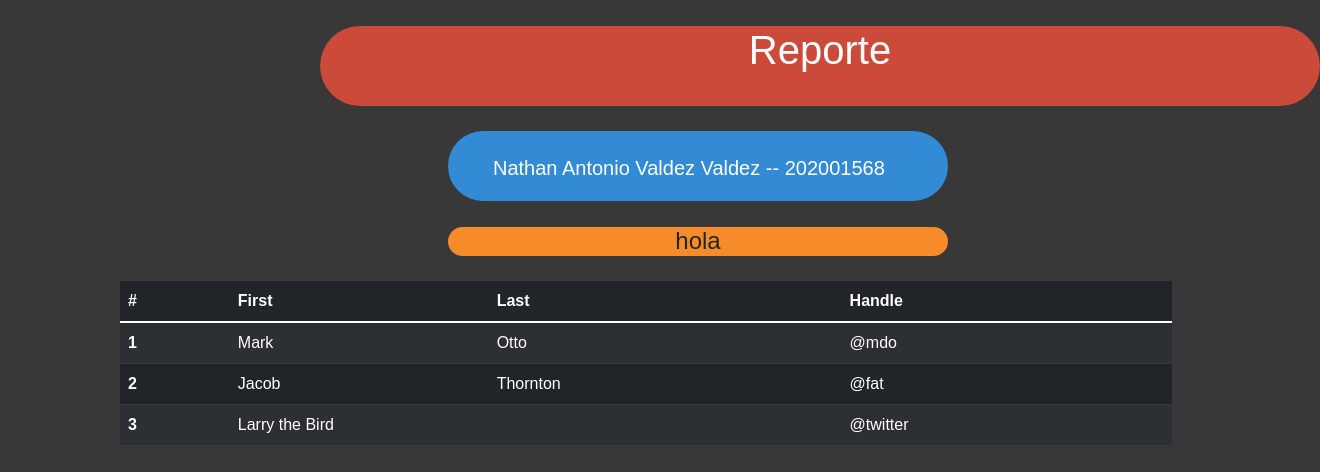
Repository: nathanvdev/LFP_PR_202001568
Page: plantilla.html
The author's editor kept a copy of each file at every save. The page is drawn from the files as they stood at one save, then again after the next save.
The browser window is 1280 px wide. The page is 1320 px wide, so the pictures cover 1320 px, including what lies to the right of the window. The pictures show the whole page.

Above is the page before, as saved 2022-02-19 19:15:05.

### plantilla.html

<!DOCTYPE html>
<html lang="en">
<head>
    <meta charset="UTF-8">
    <meta http-equiv="X-UA-Compatible" content="IE=edge">
    <meta name="viewport" content="width=device-width, initial-scale=1.0">
    <link href="https://cdn.jsdelivr.net/npm/bootstrap@5.1.3/dist/css/bootstrap.min.css" rel="stylesheet" integrity="sha384-1BmE4kWBq78iYhFldvKuhfTAU6auU8tT94WrHftjDbrCEXSU1oBoqyl2QvZ6jIW3" crossorigin="anonymous">
    <title>Document</title>
</head>
<style>
    body{
        font-family: sans-serif;
    }
    .titlebox{
        background-color: rgb(204, 74, 57);
        height: 80px;
        width: 1000px;
        margin: 2%;
        margin-left: 25%;
        border-radius: 45px;

        text-align: center;
        display: flex;
        justify-content: center;
    }
    .PersonalInfo{
        background-color: rgb(50, 139, 212);
        height: 70px;
        width: 500px;
        margin: 2%;
        margin-top: 0px;
        margin-left: 35%;
        border-radius: 45px;

    }
    .tabla{
        width: 90%;
        height: auto;
        margin: 20px;
        padding-left: 100px;

    }
    .Datos{
        background-color: rgb(246, 140, 41);
        height: auto;
        width: 500px;
        margin: 2%;
        margin-top: 0px;
        margin-left: 35%;
        border-radius: 45px;
        text-align: center;
    }
</style>
<body style="background-color: rgb(56, 56, 56);">
    <div class="titlebox">
        <h1 style="color: white;">Reporte</h1>
    </div>
    <div class="PersonalInfo">
        <h3 style="color: white;
        margin: 5%; float: left; font-size: 20px; padding-left: 20px;">
            Nathan Antonio Valdez Valdez  --  202001568
        </h3>
    </div>

    <div class="Datos">
        <h4>
            hola
        </h4>
    </div>

    <div class="tabla">
    <table class="table table-dark table-striped">
        <thead>
          <tr>
            <th scope="col">#</th>
            <th scope="col">First</th>
            <th scope="col">Last</th>
            <th scope="col">Handle</th>
          </tr>
        </thead>
        <tbody>
          <tr>
            <th scope="row">1</th>
            <td>Mark</td>
            <td>Otto</td>
            <td>@mdo</td>
          </tr>
          <tr>
            <th scope="row">2</th>
            <td>Jacob</td>
            <td>Thornton</td>
            <td>@fat</td>
          </tr>
          <tr>
            <th scope="row">3</th>
            <td colspan="2">Larry the Bird</td>
            <td>@twitter</td>
          </tr>
        </tbody>
      </table>
    </div>
</body>
</html>

After the next save:
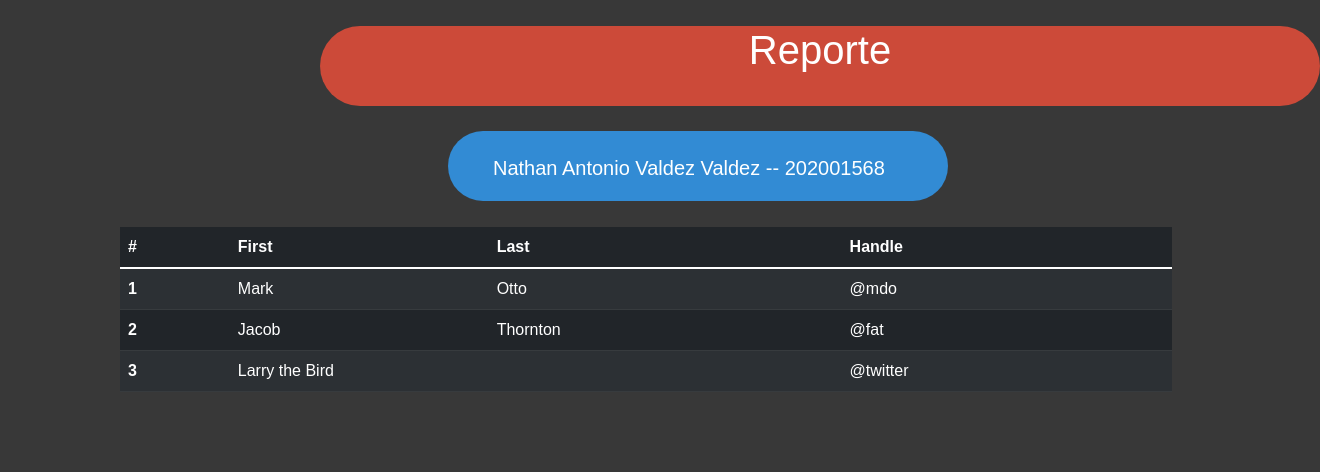
Saved 24 s later.
--- a/plantilla.html
+++ b/plantilla.html
@@ -49,7 +49,6 @@
         margin-top: 0px;
         margin-left: 35%;
         border-radius: 45px;
-        text-align: center;
     }
 </style>
 <body style="background-color: rgb(56, 56, 56);">
@@ -64,9 +63,9 @@
     </div>
 
     <div class="Datos">
-        <h4>
-            hola
-        </h4>
+        <div>
+
+        </div>
     </div>
 
     <div class="tabla">
